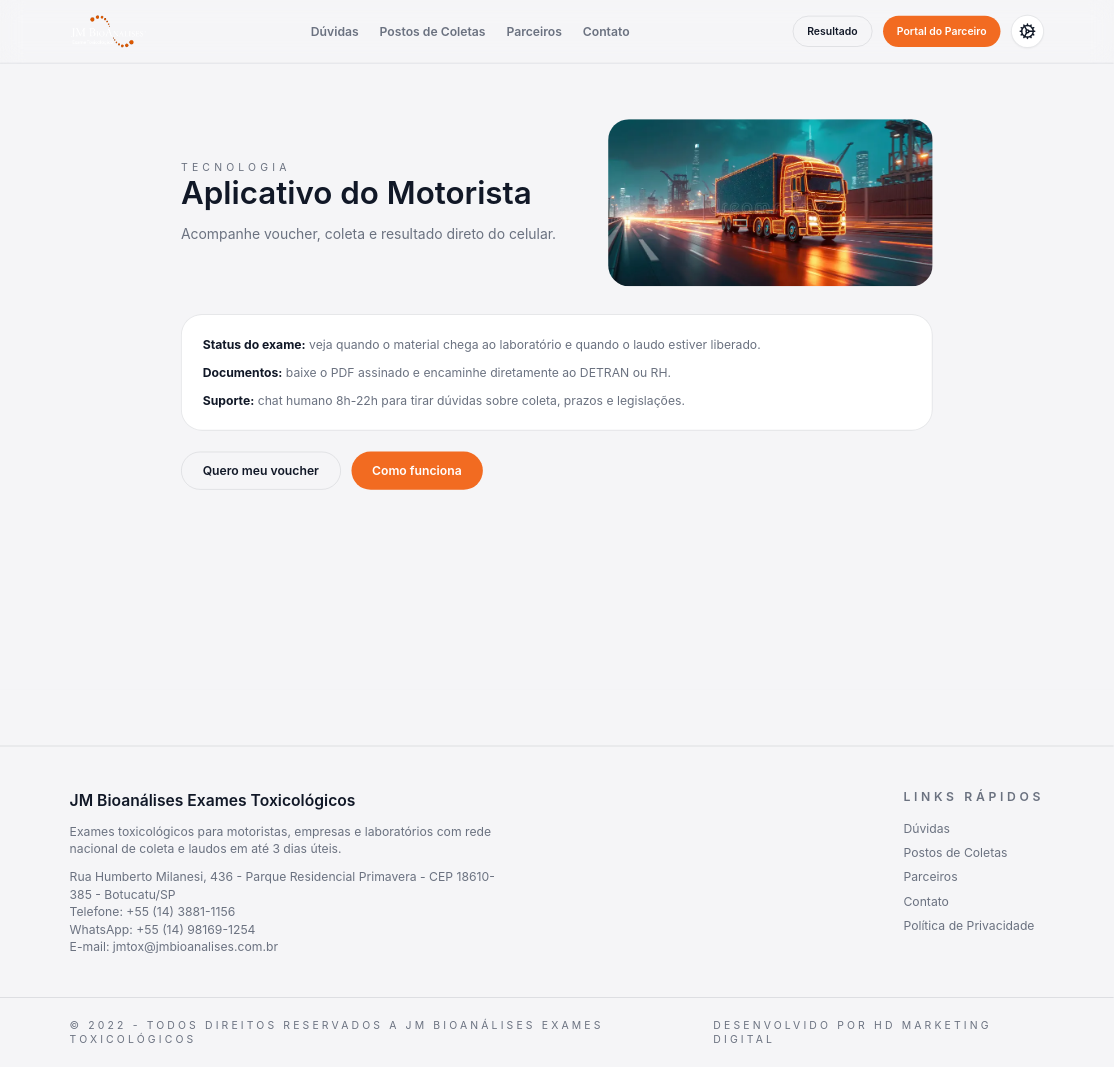
Repository: 1xLab/cat1
Page: /app/motorista
An editor plug-in stored every save of this project. The page is shown before and after the next save, followed by the edit.
The browser window is 1280 px wide. The pictures show the whole page, at 87% of full size.
The page's requests for data from a server got no answer. The project was rebuilt for these pictures with package versions that can differ from the ones it lists, and the page was loaded fresh each time. The framework's server and built-in components were replaced by stand-ins that run in the browser. No one was signed in, and anything a server would have sent is missing. Also part of the build but not shown: next.config.ts.

Above is the page before, as saved 2025-11-19 21:20:31.

### src/app/layout.tsx
import type { Metadata } from "next";
import { Geist, Geist_Mono } from "next/font/google";
import "./globals.css";

import { Header } from "@/components/layout/header";
import { Footer } from "@/components/layout/footer";
import { baseMetadata } from "@/lib/seo";
import { LabSchema } from "@/components/seo/lab-schema";
import { TagManager } from "@/components/analytics/tag-manager";

const geistSans = Geist({
  variable: "--font-geist-sans",
  subsets: ["latin"],
});

const geistMono = Geist_Mono({
  variable: "--font-geist-mono",
  subsets: ["latin"],
});

export const metadata: Metadata = baseMetadata;

export default function RootLayout({
  children,
}: Readonly<{
  children: React.ReactNode;
}>) {
  return (
    <html lang="pt-BR" data-theme="sunrise">
      <body className={`${geistSans.variable} ${geistMono.variable} antialiased`}>
        <TagManager />
        <LabSchema />
        <Header />
        <main className="min-h-screen bg-[var(--color-bg)] text-[var(--color-text)]">
          {children}
        </main>
        <Footer />
      </body>
    </html>
  );
}

### src/app/app/motorista/page.tsx
import Image from "next/image";
import type { Metadata } from "next";
import { Button } from "@/components/ui/button";

export const metadata: Metadata = {
  title: "App Motorista | JM Tox",
};

const illustration = "/imagens/truck-futuristic.jpg";

export default function AppMotoristaPage() {
  return (
    <section className="mx-auto max-w-4xl px-4 py-16">
      <div className="grid gap-6 md:grid-cols-[1fr_0.8fr] md:items-center">
        <div>
          <p className="text-xs uppercase tracking-[0.4em] text-[var(--color-text-muted)]">
            Tecnologia
          </p>
          <h1 className="text-4xl font-semibold text-[var(--color-text)]">
            Aplicativo do Motorista
          </h1>
          <p className="mt-4 text-[var(--color-text-muted)]">
            Acompanhe voucher, coleta e resultado direto do celular.
          </p>
        </div>
        <div className="relative h-48 rounded-3xl">
          <Image
            src={illustration}
            alt="Motorista usando aplicativo"
            fill
            className="rounded-3xl object-cover"
            sizes="(min-width: 768px) 350px, 100vw"
          />
        </div>
      </div>
      <ul className="mt-8 space-y-3 rounded-3xl border border-[var(--color-outline)] bg-[var(--color-surface)] p-6 text-sm text-[var(--color-text-muted)]">
        <li>
          <strong className="text-[var(--color-text)]">Status do exame:</strong>{" "}
          veja quando o material chega ao laboratório e quando o laudo estiver
          liberado.
        </li>
        <li>
          <strong className="text-[var(--color-text)]">Documentos:</strong>{" "}
          baixe o PDF assinado e encaminhe diretamente ao DETRAN ou RH.
        </li>
        <li>
          <strong className="text-[var(--color-text)]">Suporte:</strong> chat
          humano 8h-22h para tirar dúvidas sobre coleta, prazos e legislações.
        </li>
      </ul>
      <div className="mt-6 flex gap-3">
        <Button variant="outline" asChild>
          <a href="/registre-se">Quero meu voucher</a>
        </Button>
        <Button asChild>
          <a href="/duvidas-frequentes">Como funciona</a>
        </Button>
      </div>
    </section>
  );
}

### src/app/globals.css
@tailwind base;
@tailwind components;
@tailwind utilities;

:root {
  --color-bg: #f5f5f7;
  --color-surface: #ffffff;
  --color-text: #111827;
  --color-text-muted: #6b7280;
  --color-primary: #f26b21;
  --color-primary-dark: #c65310;
  --color-header: #050608;
  --color-outline: rgba(15, 23, 42, 0.1);
}

[data-theme="sunrise"] {
  --color-bg: #f5f5f7;
  --color-surface: #ffffff;
  --color-text: #111827;
  --color-text-muted: #6b7280;
  --color-primary: #f26b21;
  --color-primary-dark: #c65310;
  --color-header: #050608;
}

[data-theme="midnight"] {
  --color-bg: #050608;
  --color-surface: #111827;
  --color-text: #f9fafb;
  --color-text-muted: #9ca3af;
  --color-primary: #f26b21;
  --color-primary-dark: #f26b21;
  --color-header: #000000;
  --color-outline: rgba(255, 255, 255, 0.1);
}

[data-theme="clinical"] {
  --color-bg: #f3f6fb;
  --color-surface: #ffffff;
  --color-text: #0f172a;
  --color-text-muted: #3f4d63;
  --color-primary: #2563eb;
  --color-primary-dark: #1d4ed8;
  --color-header: #0f172a;
  --color-outline: rgba(15, 23, 42, 0.08);
}

[data-theme="high-contrast"] {
  --color-bg: #000000;
  --color-surface: #000000;
  --color-text: #ffffff;
  --color-text-muted: #f3f4f6;
  --color-primary: #ffbf00;
  --color-primary-dark: #f59e0b;
  --color-header: #000000;
  --color-outline: rgba(255, 255, 255, 0.2);
}

[data-theme="dark"] {
  --color-bg: #111436;
  --color-surface: rgba(255, 255, 255, 0.08);
  --color-text: #fefefe;
  --color-text-muted: #d4ddff;
  --color-primary: #f97316;
  --color-primary-dark: #ea580c;
  --color-header: rgba(17, 20, 54, 0.9);
  --color-outline: rgba(255, 255, 255, 0.2);
}

@layer base {
  * {
    box-sizing: border-box;
  }

  body {
    background: var(--color-bg);
    color: var(--color-text);
    font-family: "Inter", system-ui, -apple-system, BlinkMacSystemFont,
      "Segoe UI", sans-serif;
    min-height: 100vh;
  }
}

@layer utilities {
  .text-balance {
    text-wrap: balance;
  }

  .glass-panel {
    background: color-mix(in srgb, var(--color-surface) 90%, transparent);
    backdrop-filter: blur(18px);
    border: 1px solid color-mix(in srgb, var(--color-outline) 80%, transparent);
    border-radius: 1.5rem;
    box-shadow: 0 15px 45px rgba(15, 23, 42, 0.12);
  }
}

### src/components/layout/header.tsx
import Image from "next/image";
import Link from "next/link";
import { ThemeSwitcher } from "@/components/theme-switcher";
import { Button } from "@/components/ui/button";

const navItems = [
  { label: "Dúvidas", href: "/duvidas-frequentes" },
  { label: "Postos de Coletas", href: "/postos-de-coletas" },
  { label: "Parceiros", href: "/parceiros" },
  { label: "Contato", href: "/contato" },
];

export function Header() {
  return (
    <header className="sticky top-0 z-40 border-b border-[var(--color-outline)] bg-[var(--color-header)]/15 backdrop-blur-md">
      <div className="container mx-auto flex max-w-6xl items-center justify-between gap-4 px-4 py-4">
        <Link href="/" className="flex items-center gap-3">
          <Image
            src="/logo-jm-bioanalises-branco.png"
            alt="JM Bioanálises"
            width={150}
            height={42}
            className="h-10 w-auto"
            priority
          />
          <span className="sr-only">JM Bioanálises</span>
        </Link>
        <nav className="hidden items-center gap-6 text-sm font-semibold text-[var(--color-text-muted)] lg:flex">
          {navItems.map((item) => (
            <Link
              key={item.href}
              href={item.href}
              className="transition hover:text-[var(--color-text)]"
            >
              {item.label}
            </Link>
          ))}
        </nav>
        <div className="flex items-center gap-3">
          <Button asChild variant="outline" size="sm">
            <Link href="/duvidas-frequentes#resultado-online">Resultado</Link>
          </Button>
          <Button asChild size="sm">
            <Link href="/parceiros">Portal do Parceiro</Link>
          </Button>
          <ThemeSwitcher />
        </div>
      </div>
      <div className="border-t border-[var(--color-outline)] bg-[var(--color-header)] px-4 py-3 lg:hidden">
        <nav className="flex flex-wrap gap-3 text-sm font-semibold text-[var(--color-text-muted)]">
          {navItems.map((item) => (
            <Link
              key={item.href}
              href={item.href}
              className="rounded-full border border-gray-600 px-3 py-1 transition hover:border-[var(--color-primary)] hover:text-white"
            >
              {item.label}
            </Link>
          ))}
        </nav>
      </div>
    </header>
  );
}

### src/components/layout/footer.tsx
import Link from "next/link";

import { siteConfig } from "@/lib/site";

const quickLinks = [
  { label: "Dúvidas", href: "/duvidas-frequentes" },
  { label: "Postos de Coletas", href: "/postos-de-coletas" },
  { label: "Parceiros", href: "/parceiros" },
  { label: "Contato", href: "/contato" },
  { label: "Política de Privacidade", href: "/politica-de-privacidade" },
];

export function Footer() {
  return (
    <footer className="mt-16 border-t border-[var(--color-outline)] bg-[var(--color-surface)]/95">
      <div className="mx-auto flex max-w-6xl flex-col gap-8 px-4 py-12 md:flex-row md:justify-between">
        <div className="max-w-lg space-y-3">
          <p className="text-lg font-semibold text-[var(--color-text)]">
            {siteConfig.name}
          </p>
          <p className="text-sm text-[var(--color-text-muted)]">
            {siteConfig.description}
          </p>
          <div className="text-sm text-[var(--color-text-muted)]">
            <p>{siteConfig.address}</p>
            <p>Telefone: {siteConfig.contacts.phone}</p>
            <p>WhatsApp: {siteConfig.contacts.mobile}</p>
            <p>E-mail: {siteConfig.contacts.email}</p>
          </div>
        </div>
        <div>
          <p className="text-sm font-semibold uppercase tracking-[0.3em] text-[var(--color-text-muted)]">
            Links rápidos
          </p>
          <ul className="mt-4 space-y-2 text-sm">
            {quickLinks.map((link) => (
              <li key={link.href}>
                <Link
                  href={link.href}
                  className="text-[var(--color-text-muted)] transition hover:text-[var(--color-text)]"
                >
                  {link.label}
                </Link>
              </li>
            ))}
          </ul>
        </div>
      </div>
      <div className="border-t border-[var(--color-outline)]">
        <div className="mx-auto flex max-w-6xl flex-col gap-2 px-4 py-6 text-xs uppercase tracking-[0.3em] text-[var(--color-text-muted)] md:flex-row md:items-center md:justify-between">
          <p>
            © 2022 - Todos Direitos Reservados a JM Bioanálises Exames Toxicológicos
          </p>
          <p>Desenvolvido por HD Marketing Digital</p>
        </div>
      </div>
    </footer>
  );
}

### src/lib/seo.ts
import type { Metadata } from "next";
import { siteConfig } from "./site";

type SEOParams = {
  title?: string;
  description?: string;
  path?: string;
};

export const baseMetadata: Metadata = {
  metadataBase: new URL(siteConfig.url),
  title: {
    default: `${siteConfig.name} | Laboratório de Toxicologia`,
    template: `%s | ${siteConfig.name}`,
  },
  description: siteConfig.description,
  openGraph: {
    type: "website",
    url: siteConfig.url,
    title: siteConfig.name,
    description: siteConfig.description,
    images: [
      {
        url: siteConfig.ogImage,
        width: 1200,
        height: 630,
        alt: siteConfig.name,
      },
    ],
  },
  twitter: {
    card: "summary_large_image",
    title: siteConfig.name,
    description: siteConfig.description,
    images: [siteConfig.ogImage],
  },
  icons: {
    icon: "/favicon.ico",
  },
};

export const generatePageMetadata = ({
  title,
  description,
  path = "",
}: SEOParams): Metadata => ({
  ...baseMetadata,
  title,
  description,
  alternates: {
    canonical: path ? `${siteConfig.url}${path}` : siteConfig.url,
  },
});

### src/components/seo/lab-schema.tsx
export function LabSchema() {
  const jsonLd = {
    "@context": "https://schema.org",
    "@type": "MedicalOrganization",
    name: "JM Bioanálises Exames Toxicológicos",
    url: "https://jmtox.com.br",
    address: {
      "@type": "PostalAddress",
      streetAddress:
        "Rua Humberto Milanesi, 436 - Parque Residencial Primavera",
      addressLocality: "Botucatu",
      addressRegion: "SP",
      postalCode: "18610-385",
      addressCountry: "BR",
    },
    contactPoint: {
      "@type": "ContactPoint",
      telephone: "+55-14-3881-1156",
      contactType: "customer service",
      availableLanguage: ["Portuguese", "English"],
    },
    sameAs: ["https://www.linkedin.com/company/jmbioanalises"],
    medicalSpecialty: ["Toxicologic"],
  };

  return (
    <script
      type="application/ld+json"
      dangerouslySetInnerHTML={{ __html: JSON.stringify(jsonLd) }}
    />
  );
}

### src/components/analytics/tag-manager.tsx
"use client";

import Script from "next/script";

export function TagManager() {
  const id = process.env.NEXT_PUBLIC_GTM_ID;
  if (!id) return null;

  return (
    <>
      <Script id="gtm-loader">
        {`
          (function(w,d,s,l,i){w[l]=w[l]||[];w[l].push({'gtm.start':
          new Date().getTime(),event:'gtm.js'});var f=d.getElementsByTagName(s)[0],
          j=d.createElement(s),dl=l!='dataLayer'?'&l='+l:'';j.async=true;j.src=
          'https://www.googletagmanager.com/gtm.js?id='+i+dl;f.parentNode.insertBefore(j,f);
          })(window,document,'script','dataLayer','${id}');
        `}
      </Script>
      <noscript>
        <iframe
          src={`https://www.googletagmanager.com/ns.html?id=${id}`}
          height="0"
          width="0"
          style={{ display: "none", visibility: "hidden" }}
        />
      </noscript>
    </>
  );
}

### src/components/ui/button.tsx
"use client";

import * as React from "react";
import { Slot } from "@radix-ui/react-slot";
import { cva, type VariantProps } from "class-variance-authority";

import { cn } from "@/lib/utils";

const buttonVariants = cva(
  "inline-flex items-center justify-center whitespace-nowrap rounded-full text-sm font-semibold transition focus-visible:outline-none focus-visible:ring-2 focus-visible:ring-[var(--color-primary)] disabled:pointer-events-none disabled:opacity-60",
  {
    variants: {
      variant: {
        default:
          "bg-[var(--color-primary)] text-white hover:bg-[var(--color-primary-dark)]",
        secondary:
          "bg-[var(--color-surface)] text-[var(--color-text)] border border-[var(--color-outline)] hover:border-[var(--color-primary)]",
        outline:
          "border border-[var(--color-outline)] text-[var(--color-text)] hover:border-[var(--color-primary)] hover:text-[var(--color-text)]",
        ghost: "text-[var(--color-text)] hover:bg-[var(--color-outline)]/30",
        link: "underline-offset-4 text-[var(--color-primary)] hover:underline",
      },
      size: {
        default: "h-11 px-6",
        sm: "h-9 px-4 text-xs",
        lg: "h-12 px-8 text-base",
        icon: "h-10 w-10",
      },
    },
    defaultVariants: {
      variant: "default",
      size: "default",
    },
  }
);

export interface ButtonProps
  extends React.ButtonHTMLAttributes<HTMLButtonElement>,
    VariantProps<typeof buttonVariants> {
  asChild?: boolean;
}

const Button = React.forwardRef<HTMLButtonElement, ButtonProps>(
  ({ className, variant, size, asChild = false, ...props }, ref) => {
    const Comp = asChild ? Slot : "button";
    return (
      <Comp
        className={cn(buttonVariants({ variant, size, className }))}
        ref={ref}
        {...props}
      />
    );
  }
);
Button.displayName = "Button";

export { Button, buttonVariants };

### src/components/theme-switcher.tsx
"use client";

import { useEffect, useState } from "react";
import { Cog, Check } from "lucide-react";
import { cn } from "@/lib/utils";

const themes = [
  { id: "sunrise", name: "Sunrise Light", description: "Luz natural com laranja vibrante." },
  { id: "midnight", name: "Midnight Dark", description: "Interface escura para salas de comando." },
  { id: "clinical", name: "Clinical Light", description: "Azul clínico com fundos neutros." },
  { id: "high-contrast", name: "High Contrast", description: "Alto contraste para máxima leitura." },
];

function applyThemeValue(
  value: string,
  setTheme: (theme: string) => void
) {
  const next = themes.find((item) => item.id === value) ? value : "sunrise";
  setTheme(next);
  document.documentElement.setAttribute("data-theme", next);
  try {
    localStorage.setItem("jmbio-theme", next);
  } catch {
    /* ignore */
  }
}

export function ThemeSwitcher() {
  const [open, setOpen] = useState(false);
  const [theme, setTheme] = useState("sunrise");

  useEffect(() => {
    let stored = "sunrise";
    try {
      stored = localStorage.getItem("jmbio-theme") || "sunrise";
    } catch {
      stored = "sunrise";
    }
    applyThemeValue(stored, setTheme);
  }, []);

  function apply(value: string) {
    applyThemeValue(value, setTheme);
  }

  return (
    <div className="relative">
      <button
        aria-label="Alterar tema do site"
        className="rounded-full border border-[var(--color-outline)] bg-[var(--color-surface)] p-2 text-[var(--color-text)] shadow-sm transition hover:shadow-md"
        onClick={() => setOpen((prev) => !prev)}
      >
        <Cog className="h-5 w-5" />
      </button>
      {open && (
        <div className="absolute right-0 z-50 mt-3 w-64 rounded-2xl border border-[var(--color-outline)] bg-[var(--color-surface)] p-4 shadow-xl">
          <p className="text-xs font-semibold uppercase tracking-[0.3em] text-[var(--color-text-muted)]">
            Temas
          </p>
          <div className="mt-3 space-y-2">
            {themes.map((item) => (
              <button
                key={item.id}
                className={cn(
                  "flex w-full items-start gap-2 rounded-2xl border border-transparent p-3 text-left transition hover:border-[var(--color-outline)]",
                  theme === item.id && "border-[var(--color-primary)] bg-[var(--color-primary)]/10"
                )}
                onClick={() => apply(item.id)}
              >
                <span className="mt-1 text-[var(--color-primary)]">
                  {theme === item.id ? <Check className="h-4 w-4" /> : <span className="block h-4 w-4 rounded-full border border-[var(--color-outline)]" />}
                </span>
                <span>
                  <span className="font-semibold text-[var(--color-text)]">{item.name}</span>
                  <span className="block text-xs text-[var(--color-text-muted)]">{item.description}</span>
                </span>
              </button>
            ))}
          </div>
        </div>
      )}
    </div>
  );
}

### src/lib/site.ts
export const siteConfig = {
  name: "JM Bioanálises Exames Toxicológicos",
  description:
    "Exames toxicológicos para motoristas, empresas e laboratórios com rede nacional de coleta e laudos em até 3 dias úteis.",
  url: "https://jmtox.com.br",
  ogImage: "/logo-jm-bioanalises-branco.png",
  social: {
    linkedin: "https://www.linkedin.com/company/jmbioanalises",
    whatsapp: "https://api.whatsapp.com/send?phone=5514981691254",
  },
  contacts: {
    phone: "+55 (14) 3881-1156",
    mobile: "+55 (14) 98169-1254",
    email: "jmtox@jmbioanalises.com.br",
  },
  address:
    "Rua Humberto Milanesi, 436 - Parque Residencial Primavera - CEP 18610-385 - Botucatu/SP",
};

export type SiteConfig = typeof siteConfig;

### src/lib/utils.ts
import { type ClassValue, clsx } from "clsx";
import { twMerge } from "tailwind-merge";

export function cn(...inputs: ClassValue[]) {
  return twMerge(clsx(inputs));
}

export function formatPhone(phone: string) {
  const digits = phone.replace(/\D/g, "");
  const match = digits.match(/^(\d{2})(\d{5})(\d{4})$/);
  if (!match) return phone;
  return `(${match[1]}) ${match[2]}-${match[3]}`;
}

export function slugify(value: string) {
  return value
    .toLowerCase()
    .normalize("NFD")
    .replace(/[\u0300-\u036f]/g, "")
    .replace(/[^a-z0-9]+/g, "-")
    .replace(/(^-|-$)+/g, "");
}

export function formatIsoDate(date: string) {
  return new Date(date).toLocaleDateString("pt-BR", {
    day: "2-digit",
    month: "short",
    year: "numeric",
  });
}

### tailwind.config.ts
import type { Config } from "tailwindcss";
import { fontFamily } from "tailwindcss/defaultTheme";
import animate from "tailwindcss-animate";

const config: Config = {
  darkMode: ["class"],
  content: ["./src/**/*.{ts,tsx}"],
  theme: {
    container: {
      center: true,
      padding: {
        DEFAULT: "1.5rem",
        md: "2rem",
      },
      screens: {
        "2xl": "1320px",
      },
    },
    extend: {
      colors: {
        border: "hsl(var(--border))",
        input: "hsl(var(--input))",
        ring: "hsl(var(--ring))",
        background: "hsl(var(--background))",
        foreground: "hsl(var(--foreground))",
        primary: {
          DEFAULT: "hsl(var(--primary))",
          foreground: "hsl(var(--primary-foreground))",
        },
        secondary: {
          DEFAULT: "hsl(var(--secondary))",
          foreground: "hsl(var(--secondary-foreground))",
        },
        muted: {
          DEFAULT: "hsl(var(--muted))",
          foreground: "hsl(var(--muted-foreground))",
        },
        accent: {
          DEFAULT: "hsl(var(--accent))",
          foreground: "hsl(var(--accent-foreground))",
        },
        destructive: {
          DEFAULT: "hsl(var(--destructive))",
          foreground: "hsl(var(--destructive-foreground))",
        },
        card: {
          DEFAULT: "hsl(var(--card))",
          foreground: "hsl(var(--card-foreground))",
        },
      },
      borderRadius: {
        lg: "var(--radius)",
        md: "calc(var(--radius) - 2px)",
        sm: "calc(var(--radius) - 4px)",
      },
      fontFamily: {
        sans: ["var(--font-geist-sans)", ...fontFamily.sans],
        mono: ["var(--font-geist-mono)", ...fontFamily.mono],
      },
      backgroundImage: {
        "grid-fade":
          "radial-gradient(circle at 20% 20%, hsla(var(--primary),0.25), transparent 55%), radial-gradient(circle at 80% 0%, hsla(var(--accent),0.3), transparent 60%)",
      },
    },
  },
  plugins: [animate],
};

export default config;

After the next save:
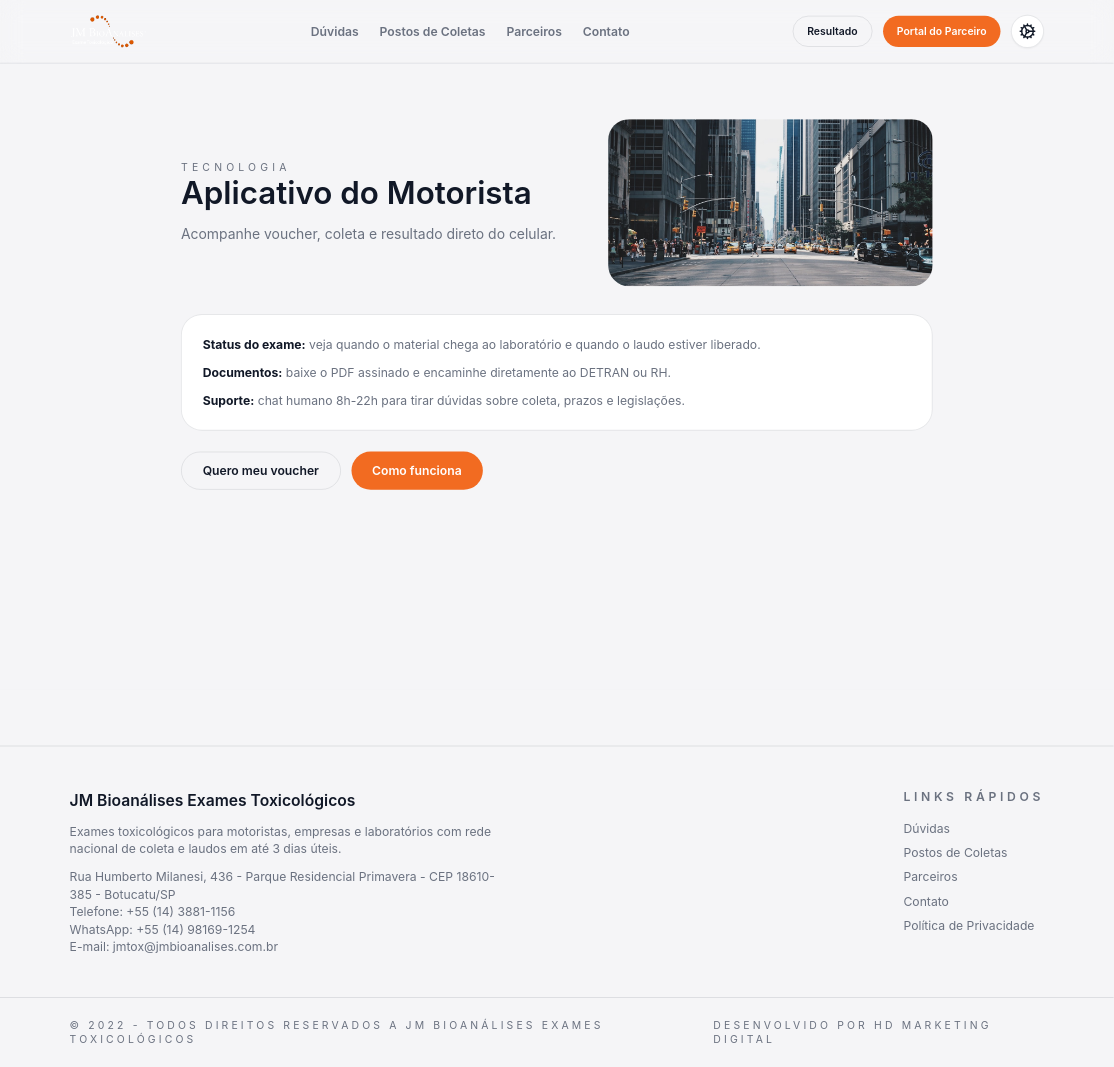
Saved 7 s later.
--- a/src/app/app/motorista/page.tsx
+++ b/src/app/app/motorista/page.tsx
@@ -6,7 +6,7 @@ export const metadata: Metadata = {
   title: "App Motorista | JM Tox",
 };
 
-const illustration = "/imagens/truck-futuristic.jpg";
+const illustration = "/imagens/illustration-motorista.jpg";
 
 export default function AppMotoristaPage() {
   return (
